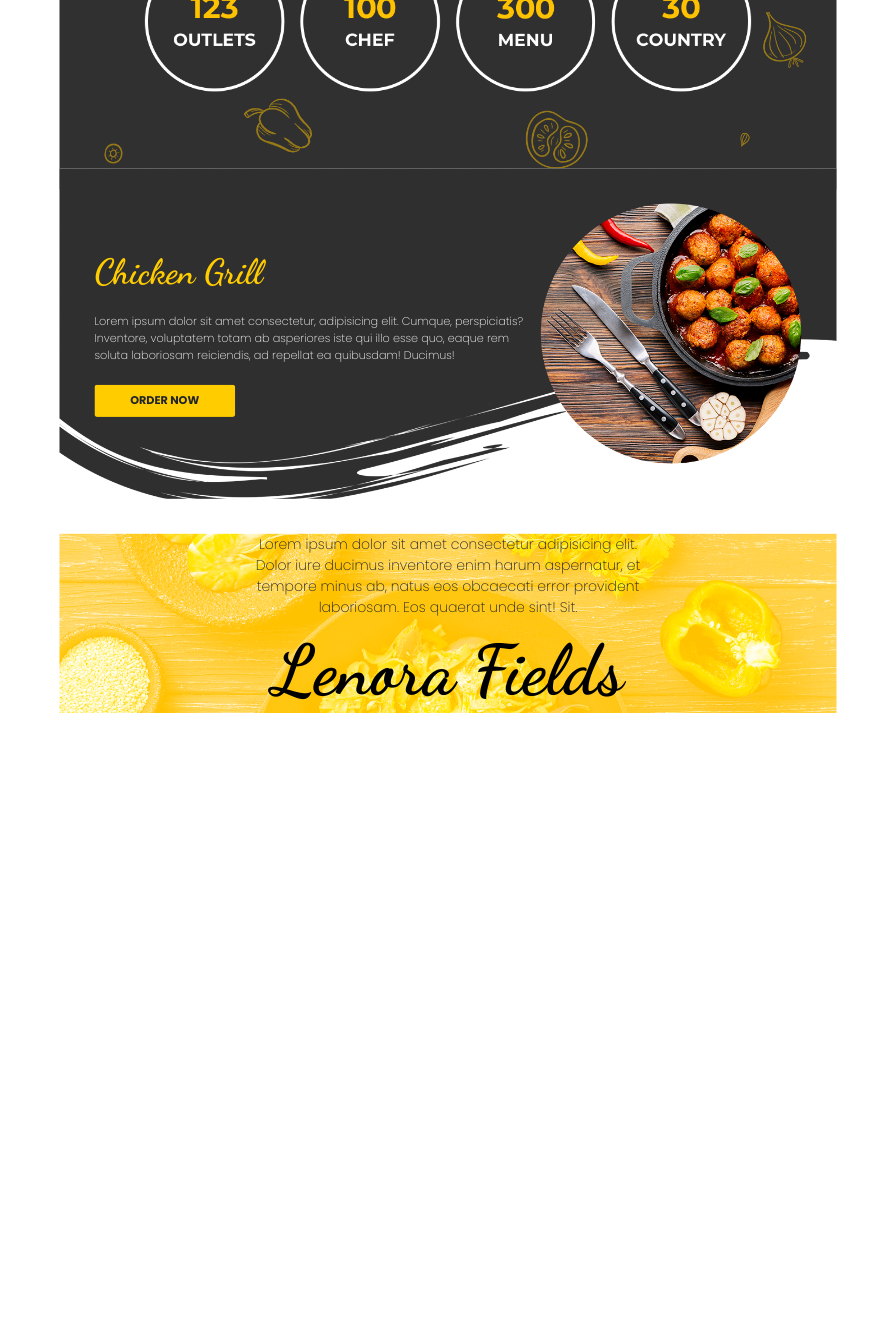
Repository: iphoneboy46/templateRestaurent
Page: index.html
An editor plug-in stored every save of this project. The page is shown before and after the next save, followed by the edit.
The browser window is 1280 px wide. The pictures show the part of the page from y = 2511 to 4431 px (the page is 7200 px tall), at 70% of full size.

Above is the page before, as saved 2022-10-12 22:56:16.

### index.html
<!DOCTYPE html>
<html lang="en">

<head>
    <meta charset="UTF-8">
    <meta http-equiv="X-UA-Compatible" content="IE=edge">
    <meta name="viewport" content="width=device-width, initial-scale=1.0">
    <link rel="stylesheet" href="https://cdn.jsdelivr.net/npm/bootstrap@4.3.1/dist/css/bootstrap.min.css"
        integrity="sha384-ggOyR0iXCbMQv3Xipma34MD+dH/1fQ784/j6cY/iJTQUOhcWr7x9JvoRxT2MZw1T" crossorigin="anonymous">
    <script src="https://code.jquery.com/jquery-3.3.1.slim.min.js"
        integrity="sha384-q8i/X+965DzO0rT7abK41JStQIAqVgRVzpbzo5smXKp4YfRvH+8abtTE1Pi6jizo"
        crossorigin="anonymous"></script>
    <script src="https://cdn.jsdelivr.net/npm/popper.js@1.14.7/dist/umd/popper.min.js"
        integrity="sha384-UO2eT0CpHqdSJQ6hJty5KVphtPhzWj9WO1clHTMGa3JDZwrnQq4sF86dIHNDz0W1"
        crossorigin="anonymous"></script>
    <script src="https://cdn.jsdelivr.net/npm/bootstrap@4.3.1/dist/js/bootstrap.min.js"
        integrity="sha384-JjSmVgyd0p3pXB1rRibZUAYoIIy6OrQ6VrjIEaFf/nJGzIxFDsf4x0xIM+B07jRM"
        crossorigin="anonymous"></script>
    <link rel="stylesheet" href="https://cdnjs.cloudflare.com/ajax/libs/font-awesome/6.2.0/css/all.min.css"
        integrity="sha512-xh6O/CkQoPOWDdYTDqeRdPCVd1SpvCA9XXcUnZS2FmJNp1coAFzvtCN9BmamE+4aHK8yyUHUSCcJHgXloTyT2A=="
        crossorigin="anonymous" referrerpolicy="no-referrer" />
    <link rel="stylesheet" href="style.css">
    <title>Document</title>
</head>

<body>
  <div class="container">
        <header class="header container-fluid">
            <nav class="menu__list pt-3">
                <div class="logo">
                    <a class="navbar-brand">
                        <img src="images/logo.png" alt="">
                    </a>
                </div>
                <ul class="menu__items">
                    <li class="nav-item">
                        <a class="nav-link text-white" href="#">Home</a>
                    </li>
                    <li class="nav-item">
                        <a class="nav-link text-white" href="#">Product</a>
                    </li>
                    <li class="nav-item">
                        <a class="nav-link text-white" href="#">Promo</a>
                    </li>
                    <li class="nav-item">
                        <a class="nav-link text-white" href="#">About</a>
                    </li>
                    <li class="nav-item">
                        <a class="nav-link text-white" href="#">Contact</a>
                    </li>
                </ul>
                <div class="item--search">
                    <i class="fa-solid fa-magnifying-glass"></i>
                </div>
            </nav>
            <div class="header__content">
                <h1>Title Here</h1>
                <p>Lorem ipsum dolor sit amet consectetur, adipisicing elit. Cumque, perspiciatis? Inventore, voluptatem
                    totam ab asperiores iste qui illo esse quo, eaque rem soluta laboriosam reiciendis, ad repellat ea
                    quibusdam! Ducimus!</p>
                <button type="button" class="btn">ORDER NOW</button>
            </div>
        </header>
        <section class="section">
            <div class="section__best-seller">
                <h1>Best seller</h1>
                <p>Lorem ipsum dolor sit amet consectetur adipisicing elit. Autem distinctio non dolorem nisi perspiciatis
                    eum alias sequi nobis a tempora! Eius perferendis sequi provident tempora deserunt ipsa excepturi,
                    laboriosam numquam.</p>
                <div class="section__best-seller--list">
                    <div class="section__best-seller--item">
                        <div>
                            <img src="images/img1.png" alt="">
                        </div>
                        <div>
                            <h2>Title Here</h2>
                        </div>
                        <div>
                            <p>Lorem ipsum dolor sit amet consectetur adipisicing elit. </p>
                        </div>
                    </div>
                    <div class="section__best-seller--item">
                        <div>
                            <img src="images/img2.png" alt="">
                        </div>
                        <div>
                            <h2>Title Here</h2>
                        </div>
                        <div>
                            <p>Lorem ipsum dolor sit amet consectetur adipisicing elit. </p>
                        </div>
                    </div>
                    <div class="section__best-seller--item">
                        <div>
                            <img src="images/img3.png" alt="">
                        </div>
                        <div>
                            <h2>Title Here</h2>
                        </div>
                        <div>
                            <p>Lorem ipsum dolor sit amet consectetur adipisicing elit. </p>
                        </div>
                    </div>
                </div>
            </div>
           <div class="section__background">
                <div class="section__Oriental">
                    <div class="section__Oriental--content">
                        <div class="section__Oriental--img">
                            <img src="images/img8.png" alt="">
                        </div>
                        <div class="section__Oriental--title">
                            <h1>Oriental Taste</h1>
                            <p>Lorem ipsum dolor sit amet consectetur, adipisicing elit. Cumque, perspiciatis? Inventore,
                                voluptatem totam ab asperiores iste qui illo esse quo, eaque rem soluta laboriosam reiciendis,
                                ad repellat ea quibusdam! Ducimus!</p>
                            <button type="button" class="btn">ORDER NOW</button>
                        </div>
                    </div>
                </div>
                <div class="section__Statistics">
                    <div class="section__Statistics--title">
                        <h1>Statistics</h1>
                        <p>Lorem ipsum dolor sit amet consectetur adipisicing elit. Autem distinctio non dolorem nisi
                            perspiciatis eum alias sequi nobis a tempora! Eius perferendis sequi provident tempora deserunt ipsa
                            excepturi, laboriosam numquam.</p>
                    </div>
                    <div class="section__Statistics--img">
                        <img src="images/img7.png" alt="">
                        <img src="images/img6.png" alt="">
                        <img src="images/img5.png" alt="">
                        <img src="images/img4.png" alt="">
                    </div>

                    <div class="section__Chicken">
                        <div class="section__Chicken--content">
                            <div class="section__Chicken--title">
                                <h1>Chicken Grill</h1>
                                <p>Lorem ipsum dolor sit amet consectetur, adipisicing elit. Cumque, perspiciatis? Inventore,
                                    voluptatem totam ab asperiores iste qui illo esse quo, eaque rem soluta laboriosam
                                    reiciendis, ad repellat ea quibusdam! Ducimus!</p>
                                <button type="button" class="btn">ORDER NOW</button>
                            </div>
                            <div class="section__Chicken--img">
                                <img src="images/img9.png" alt="">
                            </div>
                        </div>
                    </div>
                </div>
                <div class="section__comment">
                   <div class="section__comment--title">
                        <p>Lorem ipsum dolor sit amet consectetur adipisicing elit. Dolor iure ducimus inventore enim harum aspernatur, et tempore minus ab, natus eos obcaecati error provident laboriosam. Eos quaerat unde sint! Sit.</p>
                        <h1>Lenora Fields</h1>
                   </div>
                </div>
           </div>
        </section>
  </div>
</body>

</html>

### style.css
@import url('https://fonts.googleapis.com/css2?family=Poppins:wght@200&display=swap');
@import url('https://fonts.googleapis.com/css2?family=Dancing+Script:wght@700&family=Great+Vibes&family=Pacifico&family=Poppins:wght@200;700&family=Yellowtail&display=swap');
@import url('https://fonts.googleapis.com/css2?family=Dancing+Script:wght@700&family=Pacifico&family=Poppins:wght@200&display=swap');


* {
    padding: 0;
    margin: 0;
    box-sizing: border-box;
    font-family: 'Poppins', sans-serif;
    text-decoration: none;
    list-style: none;
}

body {
    background-color: white;
    height: 1000vh;
}

.logo {
    width: 40%;
}

.header {
    background-image: url(images/header.png);
    width: 100%;
    height: 900px;
    background-repeat: no-repeat;
}

.menu__list {
    display: flex;
    justify-content: space-between;
    align-items: center;
}

.menu__items {
    display: flex;
    justify-content: space-between;
    align-items: center;
    width: 40%;
}

.menu__items li a {
    font-size: 20px;
}


.item--search i {
    margin-right: 10px;
    color: white;
    font-size: 20px;
}

.header__content {
    width: 435px;
    position: absolute;
    top: 40%;
    left: 65%;
    transform: translate(-50%, -50%)
}



.header__content h1 {
    color: #ffcc00;
    font-size: 80px;
    font-weight: bold;
    font-family: 'Dancing Script', sans-serif;
}

.header__content p {
    font-size: 18px;
    color: white;
    line-height: 30px;
    margin-top: 30px;
    margin-bottom: 30px;
}

.header__content .btn {
    background-color: #ffcc00;
    font-weight: 800;
    padding: 10px 50px;
}


.section__best-seller {
    width: 100%;
    margin: auto;
    margin-bottom: 100px;
}

.section__best-seller h1 {
    text-align: center;
    font-size: 50px;
    font-family: 'Dancing Script', sans-serif;
}

.section__best-seller p {
    text-align: center;
    font-weight: 500;
    margin-top: 20px;
    margin-bottom: 40px;
}

.section__best-seller--list {
    display: flex;
    justify-content: space-between;
    align-items: center;
}

.section__best-seller--item {
    display: flex;
    flex-direction: column;
    justify-content: space-around;
    align-items: center;
}

.section__best-seller--item img {
    width: 100%;
    height: 100%;
}

.section__best-seller--item h2 {
    text-align: center;
    margin-top: 5px;
    font-family: 'Dancing Script', sans-serif;
    font-weight: bolder;
}

.section__Oriental {
    background-image: url(images/Design3.png);
    width: 100%;
    background-size: 100%;
    background-repeat: no-repeat;
    margin: auto;
    padding:50px;

}

.section__Oriental--content {
    width: 100%;
    height: 500px;
    display: flex;
    justify-content: space-around;
    align-items: center;
}

.section__Oriental--img {
    width: 100%;
    height: 400px;
    margin-left: 10px;
}

.section__Oriental--img img {
    width: 100%;
    height: 100%;
}

.section__Oriental--title {
    margin-left: 100px;
}


.section__Oriental--title h1 {
    color: #ffcc00;
    font-size: 50px;
    font-weight: bold;
    font-family: 'Dancing Script', sans-serif;
}

.section__Oriental--title p {
    color: white;
    font-size: 16px;
    margin-top: 30px;
    margin-bottom: 30px;
}

.section__Oriental--title .btn {
    background-color: #ffcc00;
    font-weight: 800;
    padding: 10px 50px;
}

.section__Statistics {
    width: 100%;
    background-image: url(images/Design2.png);
    background-repeat: no-repeat;
    background-size: 100%;
    z-index: 5;
}


.section__Statistics--title h1 {
    color: #ffcc00;
    font-size: 50px;
    font-weight: bold;
    font-family: 'Dancing Script', sans-serif;
    text-align: center;
    padding-top: 80px;

}

.section__Statistics--title p {
    margin: auto;
    width: 70%;
    text-align: center;
    color: white;
}

.section__Statistics--img {
    width: 80%;
    margin: auto;
    display: flex;
    justify-content: space-around;
    align-items: center;
    margin-top: 57px;
}

.section__Statistics--img img{
    width: 200px;
}


.section__Chicken {
    position: relative;
    margin-top: 110px;
    background-color: white;
    width: 100%;
    background-image: url(images/Design4.png);
    background-repeat: no-repeat;
    background-size: 100%;
    height: 100%;
    z-index: 2;
    padding: 50px;
}

.section__Chicken--content{
    display: flex;
    justify-content: space-around;
    align-items: center;
}

.section__Chicken--title h1{
    color: #ffcc00;
    font-size: 50px;
    font-weight: bold;
    font-family: 'Dancing Script', sans-serif;
}


.section__Chicken--title p{
    text-align: start;
    color: white;
    margin-top: 30px;
    margin-bottom: 30px;
}

.section__Chicken .btn {
    background-color: #ffcc00;
    font-weight: 800;
    padding: 10px 50px;
}

.section__Chicken--img{
    width: 100%;
    height: 100%;
}

.section__Chicken--img img{
    width: 100%;
    height: 100%;
}

.section__comment{
    margin-top: 50px;
    background-image: url(images/img10.png);
    background-repeat: no-repeat;
    background-size: 100%;
    height: 100%;
    width: 100%;
}



.section__comment--title {
    margin: auto;
    width: 50%;
}

.section__comment--title p{
    font-size:20px;
    text-align: center;
    font-weight: 500;
}

.section__comment--title h1{
    text-align: center;
    color: black;
    font-size: 100px;
    font-weight: bold;
    font-family: 'Dancing Script', sans-serif;
}

After the next save:
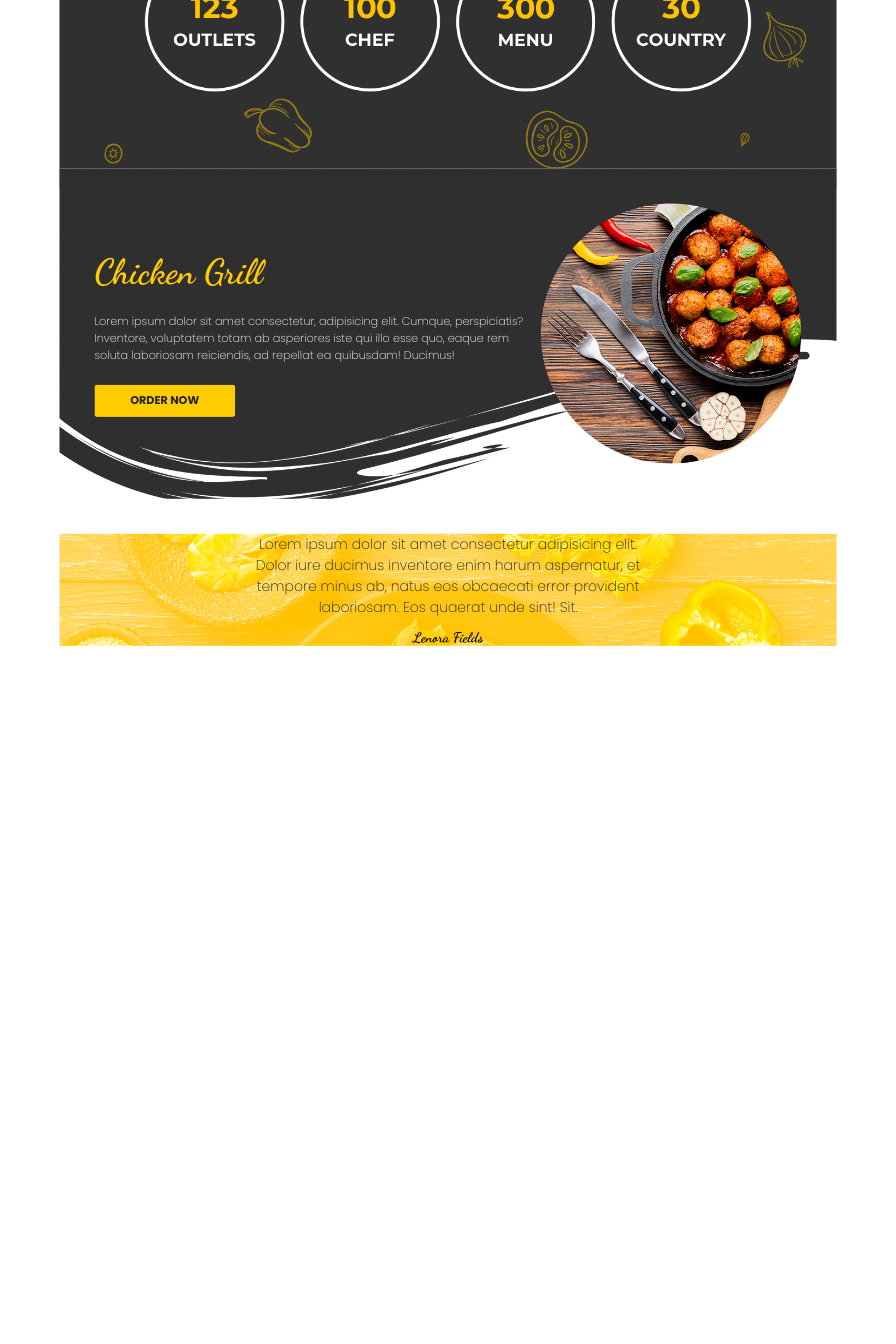
Saved 28 s later.
--- a/style.css
+++ b/style.css
@@ -297,7 +297,7 @@ body {
 .section__comment--title h1{
     text-align: center;
     color: black;
-    font-size: 100px;
-    font-weight: bold;
-    font-family: 'Dancing Script', sans-serif;
-}
+    font-size: 20px;
+    font-weight: bold;
+    font-family: 'Dancing Script', sans-serif;
+}
